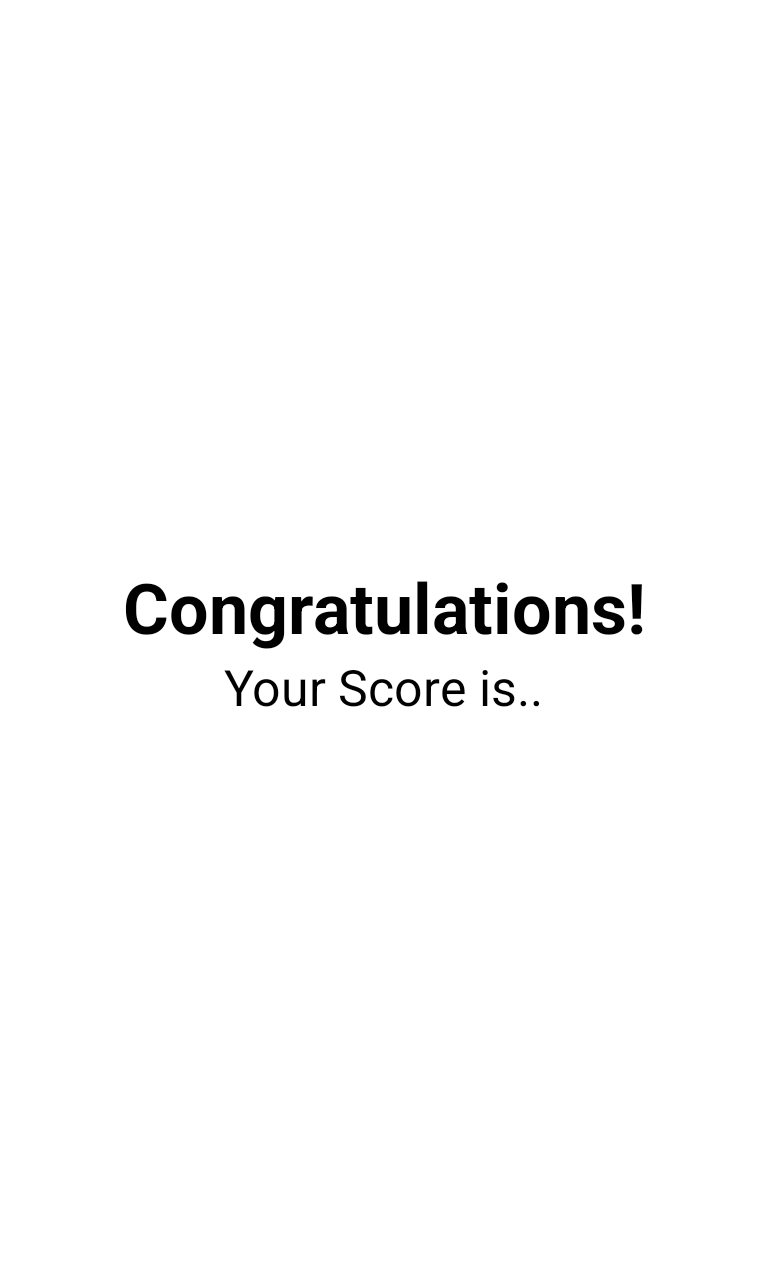
Repository: AGNT/Mobile_application_SU13
Layout: android/Locate/res/layout/activity_final_points.xml
An editor plug-in stored every save of this project. The layout is shown before and after a run of saves, followed by the edit.
It is drawn on a 768 x 1280 px phone screen (xhdpi) without system bars, with theme AppTheme; the app's code is not run.

Above is the layout before, as saved 2013-08-11 02:51:55.

After the next 2 saves:
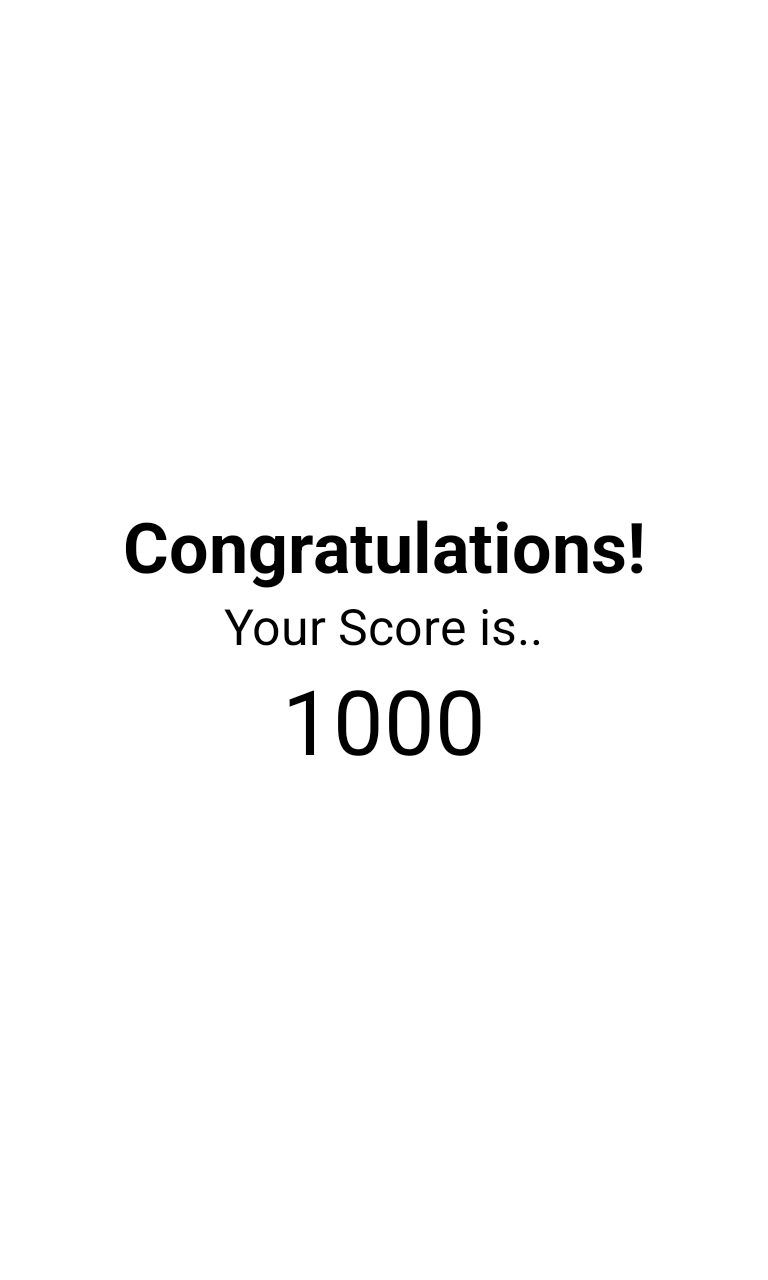
The 2 saves are shown as one change because they came seconds apart.
The last was saved 25 s later.
--- a/android/Locate/res/layout/activity_final_points.xml
+++ b/android/Locate/res/layout/activity_final_points.xml
@@ -25,4 +25,13 @@
         android:textSize="25sp"
         android:id="@+id/version" />
 
+    <TextView
+        android:layout_width="wrap_content"
+        android:layout_height="wrap_content"
+        android:text="1000"
+        android:textAppearance="?android:attr/textAppearanceMedium"
+        android:textColor="#000000"
+        android:textSize="45sp"
+        android:id="@+id/version" />
+
 </LinearLayout>
